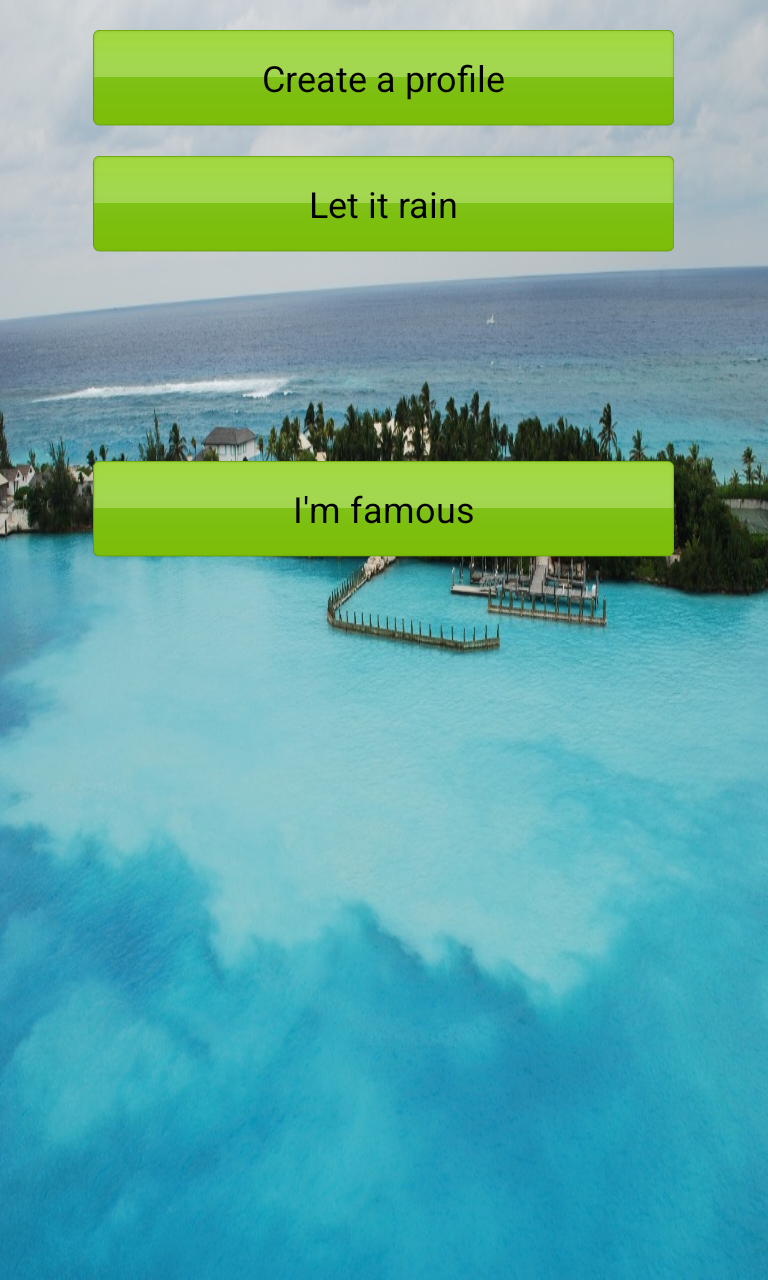
Repository: yangliu2/Android
Layout: Panzoto/res/layout/activity_settings.xml
These files come from the project's save history. The layout is drawn as it stood at one moment and after the next save; the edit follows.
It is drawn on a 768 x 1280 px phone screen (xhdpi) without system bars, with theme CustomActionBarTheme; the app's code is not run.

Above is the layout before, as saved 2014-12-11 02:30:14.

After the next save:
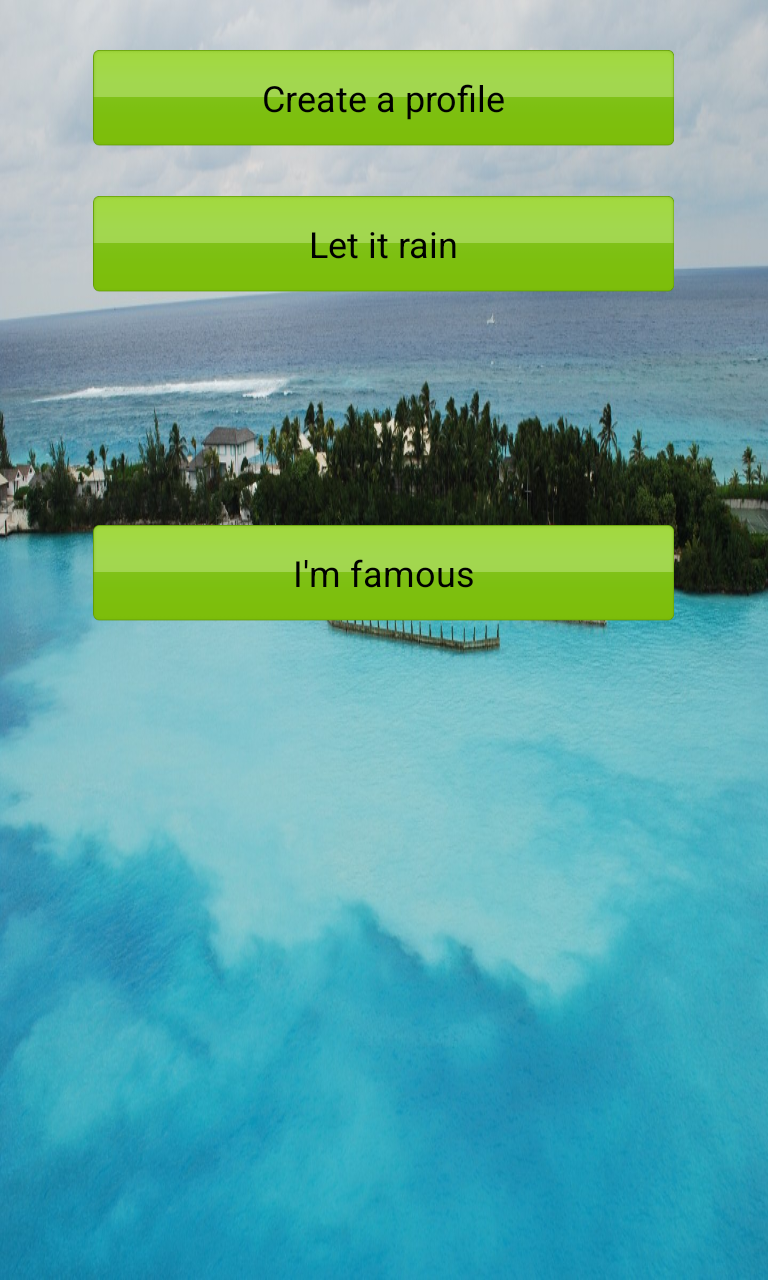
Saved 25 min 33 s later.
--- a/Panzoto/res/layout/activity_settings.xml
+++ b/Panzoto/res/layout/activity_settings.xml
@@ -13,12 +13,21 @@
         android:gravity="center" />
 
     <Button
+        android:id="@+id/add_respect"
+        android:layout_width="wrap_content"
+        android:layout_height="wrap_content"
+        android:layout_above="@+id/textView1"
+        android:layout_alignLeft="@+id/new_profile"
+        android:background="@drawable/square_shape_drawable"
+        android:text="@string/add_respect" />
+
+    <Button
         android:id="@+id/new_profile"
         android:layout_width="wrap_content"
         android:layout_height="wrap_content"
         android:layout_alignParentTop="true"
         android:layout_centerHorizontal="true"
-        android:layout_marginTop="15dp"
+        android:layout_marginTop="25dp"
         android:background="@drawable/square_shape_drawable"
         android:text="@string/new_profile" />
 
@@ -26,20 +35,10 @@
         android:id="@+id/add_money"
         android:layout_width="wrap_content"
         android:layout_height="wrap_content"
-        android:layout_alignParentTop="true"
-        android:layout_centerHorizontal="true"
-        android:layout_marginTop="78dp"
+        android:layout_alignLeft="@+id/new_profile"
+        android:layout_below="@+id/new_profile"
+        android:layout_marginTop="25dp"
         android:background="@drawable/square_shape_drawable"
         android:text="@string/add_money" />
 
-    <Button
-        android:id="@+id/add_respect"
-        android:layout_width="wrap_content"
-        android:layout_height="wrap_content"
-        android:layout_above="@+id/textView1"
-        android:layout_alignLeft="@+id/new_profile"
-        android:layout_marginBottom="32dp"
-        android:background="@drawable/square_shape_drawable"
-        android:text="@string/add_respect" />
-
 </RelativeLayout>
